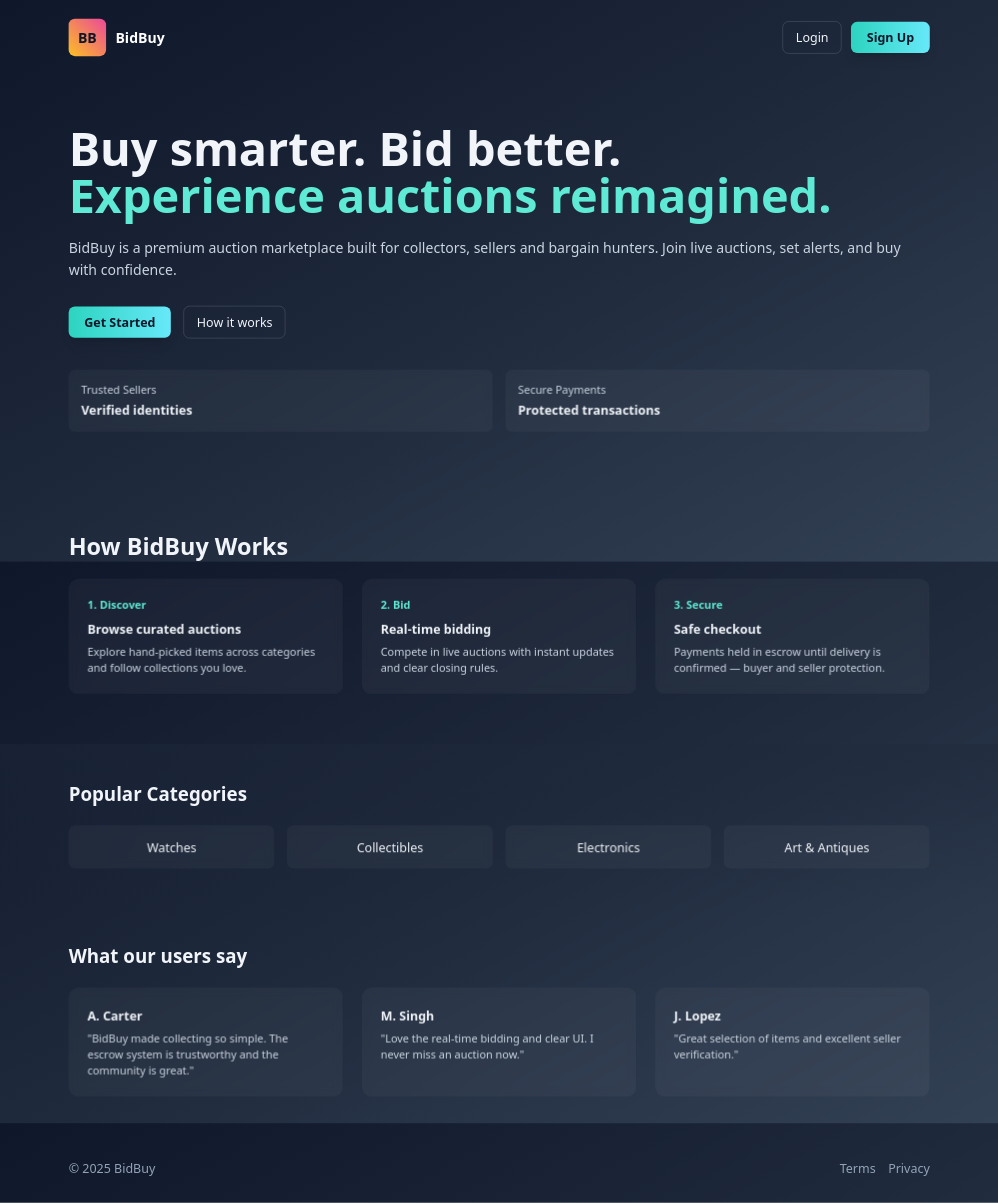
Repository: ChakraVaishnav/Online-Auction-System
Page: / (app in online-auction-system-frontend/)
The author's editor kept a copy of each file at every save. The page is drawn from the files as they stood at one save, then again after the next save.
The browser window is 1280 px wide. The pictures show the whole page, at 78% of full size.
The project was rebuilt for these pictures with package versions that can differ from the ones it lists, and the page was loaded fresh each time. Also part of the build but not shown: online-auction-system-frontend/vite.config.js, online-auction-system-frontend/src/pages/Login.jsx, online-auction-system-frontend/src/pages/Signup.jsx, online-auction-system-frontend/src/App.css.

Above is the page before, as saved 2025-11-23 17:56:58.

### online-auction-system-frontend/index.html
<!doctype html>
<html lang="en">
  <head>
    <meta charset="UTF-8" />
    <link rel="icon" type="image/svg+xml" href="/vite.svg" />
    <meta name="viewport" content="width=device-width, initial-scale=1.0" />
    <title>online-auction-system-frontend</title>
  </head>
  <body>
    <div id="root"></div>
    <script type="module" src="/src/main.jsx"></script>
  </body>
</html>

### online-auction-system-frontend/src/index.css
@tailwind base;
@tailwind components;
@tailwind utilities;

:root{
	--brand-1: #0f172a; /* slate-900 */
	--brand-2: #0ea5a4; /* teal-400 */
	--accent: #f97316; /* orange-500 */
}

html,body,#root{
	height:100%;
}

body{
	@apply bg-gradient-to-br from-slate-900 via-slate-800 to-slate-700 text-slate-100 antialiased;
	font-family: ui-sans-serif, system-ui, -apple-system, "Segoe UI", Roboto, "Helvetica Neue", Arial;
}

.container-wide{
	@apply max-w-6xl mx-auto px-6;
}

.glass {
	background: rgba(255,255,255,0.04);
	backdrop-filter: blur(6px);
}

.btn-primary{
	@apply inline-flex items-center gap-2 bg-gradient-to-r from-teal-400 to-cyan-300 text-slate-900 font-semibold px-5 py-2 rounded-lg shadow-lg hover:scale-105 transition-transform;
}

.btn-outline{
	@apply inline-flex items-center gap-2 border border-slate-300/20 text-slate-100 px-4 py-2 rounded-lg hover:bg-white/5 transition;
}

/* dedicated back button style to improve touch target and spacing */
.btn-back{
  @apply px-5 py-2 rounded-md bg-white/5 shadow-sm;
}

.form-input{
	@apply w-full bg-transparent border border-slate-700/50 px-4 py-2 rounded-lg placeholder-slate-400 text-white focus:outline-none focus:ring-2 focus:ring-teal-400;
}

### online-auction-system-frontend/src/App.jsx
import { BrowserRouter, Routes, Route } from 'react-router-dom'
import Landing from './pages/Landing'
import Login from './pages/Login'
import Signup from './pages/Signup'
import './App.css'

function App() {
  return (
    <BrowserRouter>
      <Routes>
        <Route path="/" element={<Landing />} />
        <Route path="/login" element={<Login />} />
        <Route path="/signup" element={<Signup />} />
      </Routes>
    </BrowserRouter>
  )
}

export default App

### online-auction-system-frontend/src/pages/Landing.jsx
import { Link } from 'react-router-dom'

export default function Landing() {
  return (
    <div className="min-h-screen flex flex-col">
      <nav className="w-full py-6">
        <div className="container-wide flex items-center justify-between">
          <div className="flex items-center gap-3">
            <div className="w-12 h-12 rounded-lg bg-gradient-to-tr from-amber-400 to-pink-500 flex items-center justify-center font-bold text-slate-900 text-lg">BB</div>
            <div className="text-white font-semibold text-lg">BidBuy</div>
          </div>
          <div className="flex items-center gap-3">
            <Link to="/login" className="btn-outline">Login</Link>
            <Link to="/signup" className="btn-primary">Sign Up</Link>
          </div>
        </div>
      </nav>

      <header className="flex-1 flex items-center py-16">
        <div className="container-wide grid grid-cols-1 lg:grid-cols-1 gap-12 items-center">
          <div>
            <h1 className="text-5xl md:text-6xl font-extrabold leading-tight">Buy smarter. Bid better.<br/><span className="text-teal-300">Experience auctions reimagined.</span></h1>
            <p className="mt-6 text-slate-300 text-lg">BidBuy is a premium auction marketplace built for collectors, sellers and bargain hunters. Join live auctions, set alerts, and buy with confidence.</p>

            <div className="mt-8 flex items-center gap-4">
              <Link to="/signup" className="btn-primary">Get Started</Link>
              <a href="#how" className="btn-outline">How it works</a>
            </div>

            <div className="mt-10 grid grid-cols-2 gap-4">
              <div className="glass p-4 rounded-lg">
                <div className="text-sm text-slate-300">Trusted Sellers</div>
                <div className="font-semibold mt-1">Verified identities</div>
              </div>
              <div className="glass p-4 rounded-lg">
                <div className="text-sm text-slate-300">Secure Payments</div>
                <div className="font-semibold mt-1">Protected transactions</div>
              </div>
            </div>
          </div>

          {/* preview card removed to keep clean professional hero layout */}
        </div>
      </header>

      <section id="how" className="py-16">
        <div className="container-wide">
          <h3 className="text-3xl font-bold mb-6">How BidBuy Works</h3>
          <div className="grid grid-cols-1 md:grid-cols-3 gap-6">
            <div className="glass p-6 rounded-xl">
              <div className="text-sm text-teal-300 font-semibold">1. Discover</div>
              <h4 className="font-semibold mt-2">Browse curated auctions</h4>
              <p className="mt-2 text-slate-300 text-sm">Explore hand-picked items across categories and follow collections you love.</p>
            </div>
            <div className="glass p-6 rounded-xl">
              <div className="text-sm text-teal-300 font-semibold">2. Bid</div>
              <h4 className="font-semibold mt-2">Real-time bidding</h4>
              <p className="mt-2 text-slate-300 text-sm">Compete in live auctions with instant updates and clear closing rules.</p>
            </div>
            <div className="glass p-6 rounded-xl">
              <div className="text-sm text-teal-300 font-semibold">3. Secure</div>
              <h4 className="font-semibold mt-2">Safe checkout</h4>
              <p className="mt-2 text-slate-300 text-sm">Payments held in escrow until delivery is confirmed — buyer and seller protection.</p>
            </div>
          </div>
        </div>
      </section>

      <section className="py-12 bg-gradient-to-b from-slate-800/40 to-transparent">
        <div className="container-wide">
          <h3 className="text-2xl font-bold mb-6">Popular Categories</h3>
          <div className="grid grid-cols-2 md:grid-cols-4 gap-4">
            <div className="glass p-4 rounded-lg text-center">Watches</div>
            <div className="glass p-4 rounded-lg text-center">Collectibles</div>
            <div className="glass p-4 rounded-lg text-center">Electronics</div>
            <div className="glass p-4 rounded-lg text-center">Art & Antiques</div>
          </div>
        </div>
      </section>

      <section className="py-12">
        <div className="container-wide">
          <h3 className="text-2xl font-bold mb-6">What our users say</h3>
          <div className="grid grid-cols-1 md:grid-cols-3 gap-6">
            <div className="glass p-6 rounded-xl">
              <div className="font-semibold">A. Carter</div>
              <div className="text-slate-300 text-sm mt-2">"BidBuy made collecting so simple. The escrow system is trustworthy and the community is great."</div>
            </div>
            <div className="glass p-6 rounded-xl">
              <div className="font-semibold">M. Singh</div>
              <div className="text-slate-300 text-sm mt-2">"Love the real-time bidding and clear UI. I never miss an auction now."</div>
            </div>
            <div className="glass p-6 rounded-xl">
              <div className="font-semibold">J. Lopez</div>
              <div className="text-slate-300 text-sm mt-2">"Great selection of items and excellent seller verification."</div>
            </div>
          </div>
        </div>
      </section>

      <footer className="py-8">
        <div className="container-wide flex flex-col md:flex-row items-center justify-between text-slate-400 gap-4">
          <div>© {new Date().getFullYear()} BidBuy</div>
          <div className="flex items-center gap-4">
            <a className="hover:underline" href="#">Terms</a>
            <a className="hover:underline" href="#">Privacy</a>
          </div>
        </div>
      </footer>
    </div>
  )
}

### online-auction-system-frontend/tailwind.config.cjs
module.exports = {
  content: [
    './index.html',
    './src/**/*.{js,jsx,ts,tsx}'
  ],
  theme: {
    extend: {},
  },
  plugins: [],
}

Loaded but not shown: online-auction-system-frontend/src/main.jsx (common file)

After the next save:
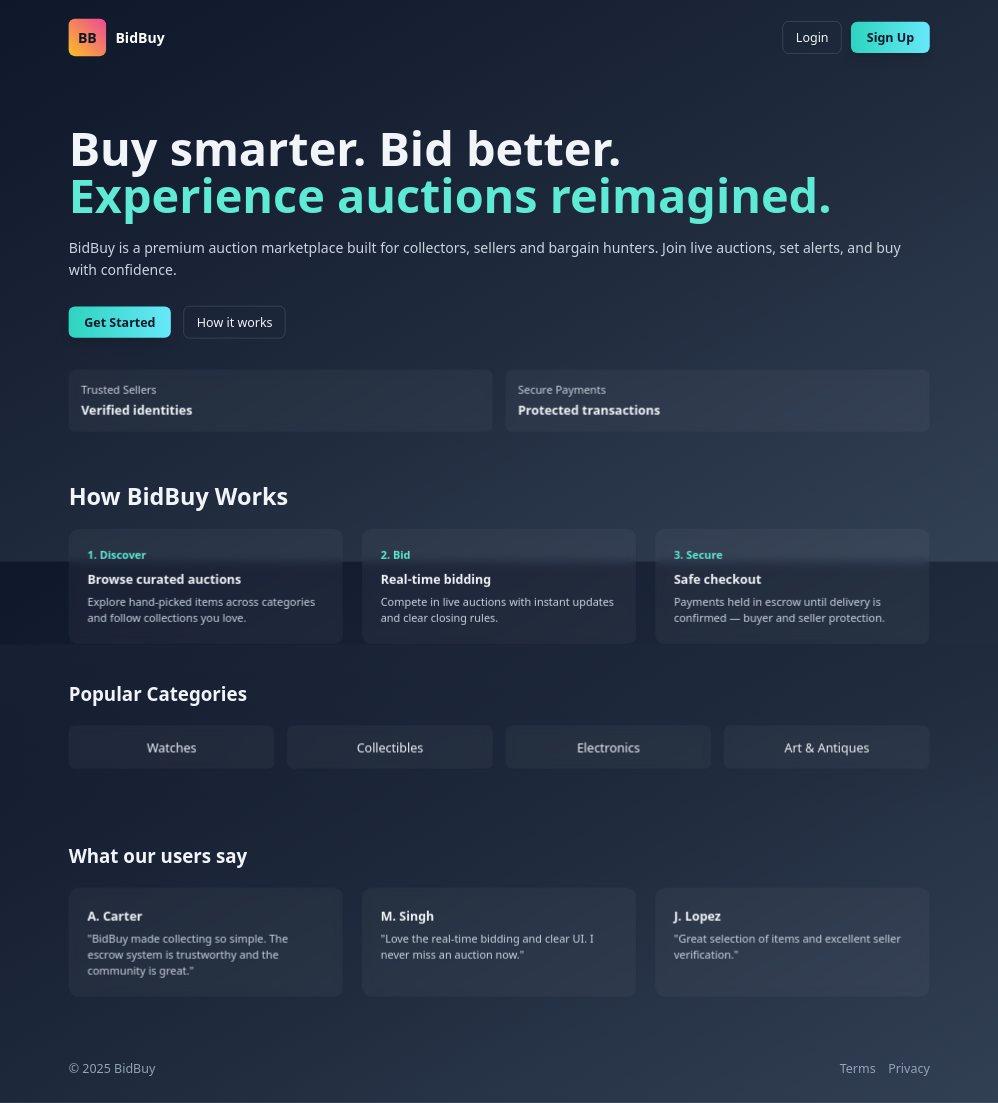
Saved 8 s later.
--- a/online-auction-system-frontend/src/pages/Landing.jsx
+++ b/online-auction-system-frontend/src/pages/Landing.jsx
@@ -43,7 +43,7 @@ export default function Landing() {
         </div>
       </header>
 
-      <section id="how" className="py-16">
+      <section id="how" className="py-22">
         <div className="container-wide">
           <h3 className="text-3xl font-bold mb-6">How BidBuy Works</h3>
           <div className="grid grid-cols-1 md:grid-cols-3 gap-6">
